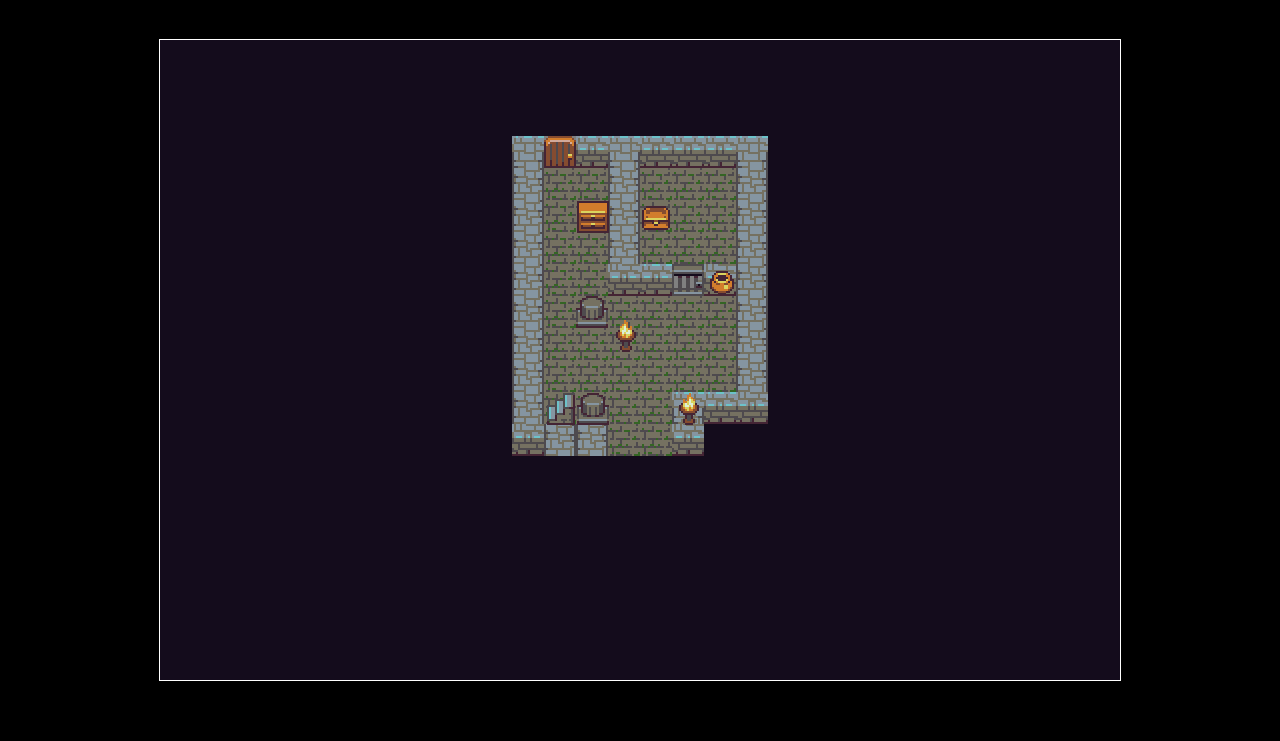
Repository: Arifindepayjr1/RPG_GAMES
Page: / (app in pixel2d_game/)
These files come from the project's save history. The page is drawn as it stood at one moment and after the next save; the edit follows.
The browser window is 1280 px wide. The pictures show the whole page.
The project was rebuilt for these pictures with package versions that can differ from the ones it lists, and the page was loaded fresh each time. Also part of the build but not shown: pixel2d_game/vite.config.js.

Above is the page before, as saved 2025-03-19 00:34:48.

### pixel2d_game/src/App.jsx
import React from 'react';
import Tilemap3 from '../src/component/tilemap3';
import './App.css'; // Optional: for styling

function App() {
  return (
    <div className="App">
      <h1>Tilemap3 Test</h1>
      <Tilemap3 />
    </div>
  );
}

export default App;

### pixel2d_game/src/component/tilemap3.jsx
import React, { useEffect, useRef, useMemo } from 'react';
import tilemapImage from "./asset/assets/tilemap1asset.png";

const Tilemap3 = () => {
  const canvasRef = useRef(null);
  const TILE_SIZE = 32; // Output size on canvas (scaled up from 16x16 tiles)

  const rawMap = [
    23, 23, 23, 23, 23, 23, 23, 23, 23, 23, 23, 23, 23, 23, 23, 23, 23, 23, 23, 23, 23, 23, 23, 23, 23, 23, 23, 23, 23, 23,
    23, 23, 23, 23, 23, 23, 23, 23, 23, 23, 23, 23, 23, 23, 23, 23, 23, 23, 23, 23, 23, 23, 23, 23, 23, 23, 23, 23, 23, 23,
    23, 23, 23, 23, 23, 23, 23, 23, 23, 23, 23, 23, 23, 23, 23, 23, 23, 23, 23, 23, 23, 23, 23, 23, 23, 23, 23, 23, 23, 23,
    23, 23, 23, 23, 23, 23, 23, 23, 23, 23, 23, 4, 49, 1, 4, 1, 1, 1, 4, 23, 23, 23, 23, 23, 23, 23, 23, 23, 23, 23,
    23, 23, 23, 23, 23, 23, 23, 23, 23, 23, 23, 2, 15, 15, 2, 15, 15, 15, 2, 23, 23, 23, 23, 23, 23, 23, 23, 23, 23, 23,
    23, 23, 23, 23, 23, 23, 23, 23, 23, 23, 23, 2, 15, 15, 2, 15, 15, 15, 2, 23, 23, 23, 23, 23, 23, 23, 23, 23, 23, 23,
    23, 23, 23, 23, 23, 23, 23, 23, 23, 23, 23, 2, 15, 15, 2, 15, 15, 15, 2, 23, 23, 23, 23, 23, 23, 23, 23, 23, 23, 23,
    23, 23, 23, 23, 23, 23, 23, 23, 23, 23, 23, 2, 15, 15, 3, 1, 50, 3, 2, 23, 23, 23, 23, 23, 23, 23, 23, 23, 23, 23,
    23, 23, 23, 23, 23, 23, 23, 23, 23, 23, 23, 2, 15, 15, 15, 15, 15, 15, 2, 23, 23, 23, 23, 23, 23, 23, 23, 23, 23, 23,
    23, 23, 23, 23, 23, 23, 23, 23, 23, 23, 23, 2, 15, 15, 15, 15, 15, 15, 2, 23, 23, 23, 23, 23, 23, 23, 23, 23, 23, 23,
    23, 23, 23, 23, 23, 23, 23, 23, 23, 23, 23, 2, 15, 15, 15, 15, 15, 15, 2, 23, 23, 23, 23, 23, 23, 23, 23, 23, 23, 23,
    23, 23, 23, 23, 23, 23, 23, 23, 23, 23, 23, 2, 15, 15, 15, 15, 4, 1, 3, 23, 23, 23, 23, 23, 23, 23, 23, 23, 23, 23,
    23, 23, 23, 23, 23, 23, 23, 23, 23, 23, 23, 3, 2, 2, 15, 15, 3, 23, 23, 23, 23, 23, 23, 23, 23, 23, 23, 23, 23, 23,
    23, 23, 23, 23, 23, 23, 23, 23, 23, 23, 23, 23, 23, 23, 23, 23, 23, 23, 23, 23, 23, 23, 23, 23, 23, 23, 23, 23, 23, 23,
    23, 23, 23, 23, 23, 23, 23, 23, 23, 23, 23, 23, 23, 23, 23, 23, 23, 23, 23, 23, 23, 23, 23, 23, 23, 23, 23, 23, 23, 23,
    23, 23, 23, 23, 23, 23, 23, 23, 23, 23, 23, 23, 23, 23, 23, 23, 23, 23, 23, 23, 23, 23, 23, 23, 23, 23, 23, 23, 23, 23,
    23, 23, 23, 23, 23, 23, 23, 23, 23, 23, 23, 23, 23, 23, 23, 23, 23, 23, 23, 23, 23, 23, 23, 23, 23, 23, 23, 23, 23, 23,
    23, 23, 23, 23, 23, 23, 23, 23, 23, 23, 23, 23, 23, 23, 23, 23, 23, 23, 23, 23, 23, 23, 23, 23, 23, 23, 23, 23, 23, 23,
    23, 23, 23, 23, 23, 23, 23, 23, 23, 23, 23, 23, 23, 23, 23, 23, 23, 23, 23, 23, 23, 23, 23, 23, 23, 23, 23, 23, 23, 23,
    23, 23, 23, 23, 23, 23, 23, 23, 23, 23, 23, 23, 23, 23, 23, 23, 23, 23, 23, 23, 23, 23, 23, 23, 23, 23, 23, 23, 23, 23
  ];

  const baseLayer = Array(20).fill().map(() => Array(30));
  for (let row = 0; row < 20; row++) {
    for (let col = 0; col < 30; col++) {
      baseLayer[row][col] = rawMap[row * 30 + col];
    }
  }

  const objects = useMemo(() => [
    {"gid": 37, "height": 16, "id": 2, "name": "", "rotation": 0, "type": "", "visible": true, "width": 16, "x": 239.75, "y": 81},
    {"gid": 57, "height": 16, "id": 3, "name": "", "rotation": 0, "type": "", "visible": true, "width": 16, "x": 208.25, "y": 80.5},
    {"gid": 40, "height": 16, "id": 7, "name": "", "rotation": 0, "type": "", "visible": true, "width": 16, "x": 208, "y": 128},
    {"gid": 61, "height": 16, "id": 8, "name": "", "rotation": 0, "type": "", "visible": true, "width": 16, "x": 224.75, "y": 139.75},
    {"gid": 58, "height": 16, "id": 10, "name": "", "rotation": 0, "type": "", "visible": true, "width": 16, "x": 191.25, "y": 176.25},
    {"gid": 40, "height": 16, "id": 11, "name": "", "rotation": 0, "type": "", "visible": true, "width": 16, "x": 208.25, "y": 176.25},
    {"gid": 62, "height": 16, "id": 12, "name": "", "rotation": 0, "type": "", "visible": true, "width": 16, "x": 256.5, "y": 176.5},
    {"gid": 28, "height": 16, "id": 14, "name": "", "rotation": 0, "type": "", "visible": true, "width": 16, "x": 273, "y": 113.25}
  ], []);

  useEffect(() => {
    const canvas = canvasRef.current;
    const ctx = canvas.getContext('2d');
    const tileset = new Image();
    tileset.src = tilemapImage;

    // Disable image smoothing to prevent scaling artifacts
    ctx.imageSmoothingEnabled = false;

    const tilePositions = {
      12: { x: 48, y: 16 }, 11: { x: 32, y: 16 }, 18: { x: 16, y: 32 }, 22: { x: 80, y: 32 },
      0: { x: 0, y: 16 }, 5: { x: 64, y: 0 }, 8: { x: 112, y: 0 }, 6: { x: 80, y: 0 },
      1: { x: 0, y: 0 }, 2: { x: 16, y: 0 }, 89: { x: 0, y: 176 }, 13: { x: 64, y: 16 },
      77: { x: 64, y: 144 }, 31: { x: 96, y: 48 }, 59: { x: 32, y: 112 }, 60: { x: 48, y: 112 },
      21: { x: 64, y: 32 }, 28: { x: 48, y: 48 }, 57: { x: 112, y: 96 }, 56: { x: 96, y: 96 },
      45: { x: 80, y: 80 }, 54: { x: 80, y: 96 }, 48: { x: 112, y: 80 }, 38: { x: 80, y: 64 },
      36: { x: 64, y: 64 }, 16: { x: 112, y: 16 }, 51: { x: 32, y: 96 }, 19: { x: 32, y: 32 },
      49: { x: 0, y: 96 }, 41: { x: 0, y: 80 }, 42: { x: 16, y: 80 }, 43: { x: 32, y: 80 },
      33: { x: 0, y: 64 }, 25: { x: 0, y: 48 }, 26: { x: 16, y: 48 }, 27: { x: 32, y: 48 },
      35: { x: 32, y: 64 }, 15: { x: 96, y: 16 }, 23: { x: 96, y: 32 }, 24: { x: 64, y: 32 },
      3: { x: 32, y: 0 }, 4: { x: 48, y: 0 }, 50: { x: 16, y: 96 }, 37: { x: 64, y: 64 },
      40: { x: 112, y: 64 }, 58: { x: 0, y: 112 }, 61: { x: 64, y: 112 }, 62: { x: 80, y: 112 }
    };

    const drawMap = () => {
      if (!tileset.complete || tileset.naturalWidth === 0) {
        console.log('Tileset not loaded yet, retrying...');
        setTimeout(drawMap, 100);
        return;
      }

      // Clear canvas to ensure no overlapping artifacts
      ctx.clearRect(0, 0, canvas.width, canvas.height);

      // Step 1: Draw the base layer
      for (let row = 0; row < 20; row++) {
        for (let col = 0; col < 30; col++) {
          const tileId = baseLayer[row][col];
          const tilePos = tilePositions[tileId] || tilePositions[15];
          ctx.drawImage(
            tileset,
            tilePos.x, tilePos.y, // Source x, y
            16, 16,               // Source width, height
            col * TILE_SIZE, row * TILE_SIZE, // Destination x, y (exact multiples of 32)
            TILE_SIZE, TILE_SIZE  // Destination width, height (32x32)
          );
        }
      }

      // Step 2: Draw the object layer
      objects.forEach(obj => {
        if (obj.visible) {
          const tilePos = tilePositions[obj.gid];
          if (tilePos) {
            // Scale object coordinates precisely
            const x = Math.round((obj.x / 16) * TILE_SIZE); // Round to avoid subpixel gaps
            const y = Math.round((obj.y / 16) * TILE_SIZE);
            ctx.drawImage(
              tileset,
              tilePos.x, tilePos.y,
              16, 16,
              x, y,
              TILE_SIZE, TILE_SIZE
            );
          }
        }
      });
    };

    tileset.onload = drawMap;
    tileset.onerror = () => console.error('Failed to load tileset image');
  }, [baseLayer, objects]);

  return (
    <div>
      <canvas
        ref={canvasRef}
        width={960}  // 30 tiles * 32px
        height={640} // 20 tiles * 32px
        style={{
          position: "absolute",
          top: "50%",
          left: "50%",
          transform: "translate(-50%, -50%)",
          border: "1px solid white",
          background: "gray" // Fallback background
        }}
      />
    </div>
  );
};

export default Tilemap3;

### pixel2d_game/src/App.css
body {
  margin: 0;
  padding: 0;
  background: black;
  height: 100vh;
  overflow: hidden;
}

Loaded but not shown: pixel2d_game/index.html (common file); pixel2d_game/src/main.jsx (common file); pixel2d_game/src/index.css (no stored copy; drawn as an empty file)

After the next save:
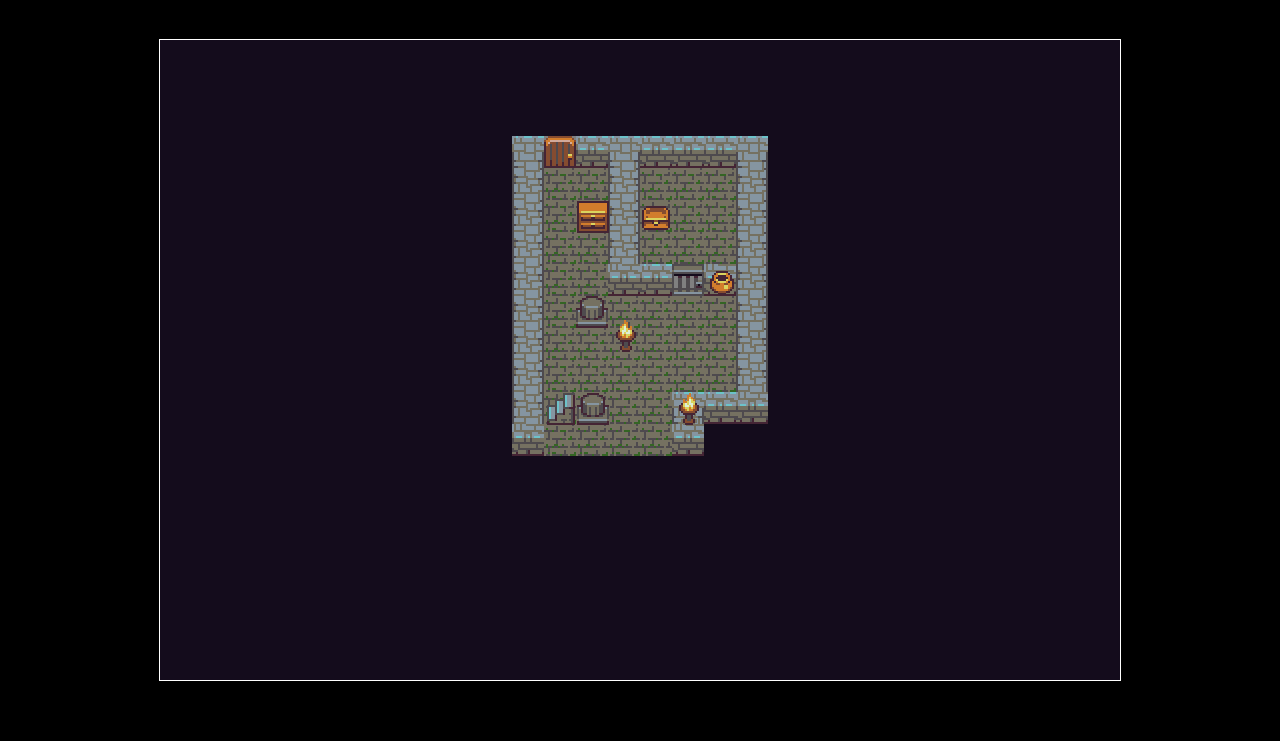
Saved 16 s later.
--- a/pixel2d_game/src/component/tilemap3.jsx
+++ b/pixel2d_game/src/component/tilemap3.jsx
@@ -18,7 +18,7 @@ const Tilemap3 = () => {
     23, 23, 23, 23, 23, 23, 23, 23, 23, 23, 23, 2, 15, 15, 15, 15, 15, 15, 2, 23, 23, 23, 23, 23, 23, 23, 23, 23, 23, 23,
     23, 23, 23, 23, 23, 23, 23, 23, 23, 23, 23, 2, 15, 15, 15, 15, 15, 15, 2, 23, 23, 23, 23, 23, 23, 23, 23, 23, 23, 23,
     23, 23, 23, 23, 23, 23, 23, 23, 23, 23, 23, 2, 15, 15, 15, 15, 4, 1, 3, 23, 23, 23, 23, 23, 23, 23, 23, 23, 23, 23,
-    23, 23, 23, 23, 23, 23, 23, 23, 23, 23, 23, 3, 2, 2, 15, 15, 3, 23, 23, 23, 23, 23, 23, 23, 23, 23, 23, 23, 23, 23,
+    23, 23, 23, 23, 23, 23, 23, 23, 23, 23, 23, 3, 15, 15, 15, 15, 3, 23, 23, 23, 23, 23, 23, 23, 23, 23, 23, 23, 23, 23,
     23, 23, 23, 23, 23, 23, 23, 23, 23, 23, 23, 23, 23, 23, 23, 23, 23, 23, 23, 23, 23, 23, 23, 23, 23, 23, 23, 23, 23, 23,
     23, 23, 23, 23, 23, 23, 23, 23, 23, 23, 23, 23, 23, 23, 23, 23, 23, 23, 23, 23, 23, 23, 23, 23, 23, 23, 23, 23, 23, 23,
     23, 23, 23, 23, 23, 23, 23, 23, 23, 23, 23, 23, 23, 23, 23, 23, 23, 23, 23, 23, 23, 23, 23, 23, 23, 23, 23, 23, 23, 23,
